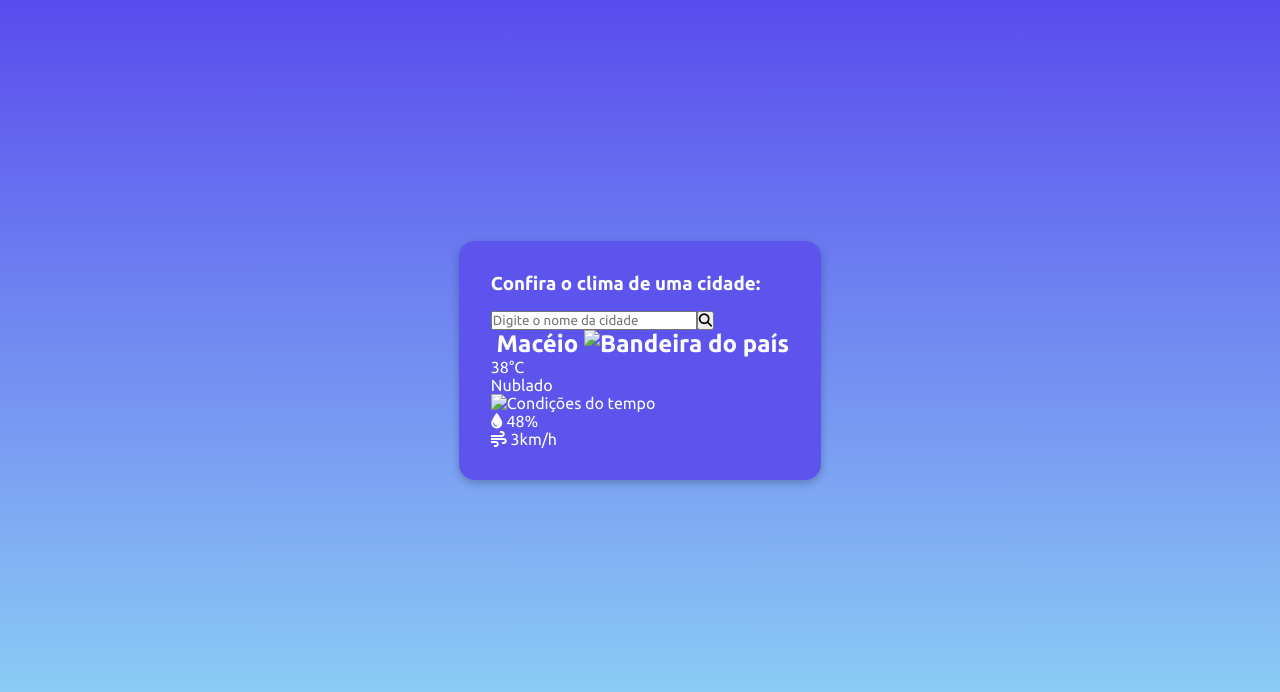
Repository: willamesalmeida/Clima
Page: index.html
An editor plug-in stored every save of this project. The page is shown before and after the next save, followed by the edit.
The browser window is 1280 px wide. The pictures show the whole page.

Above is the page before, as saved 2022-09-19 16:17:16.

After the next save:
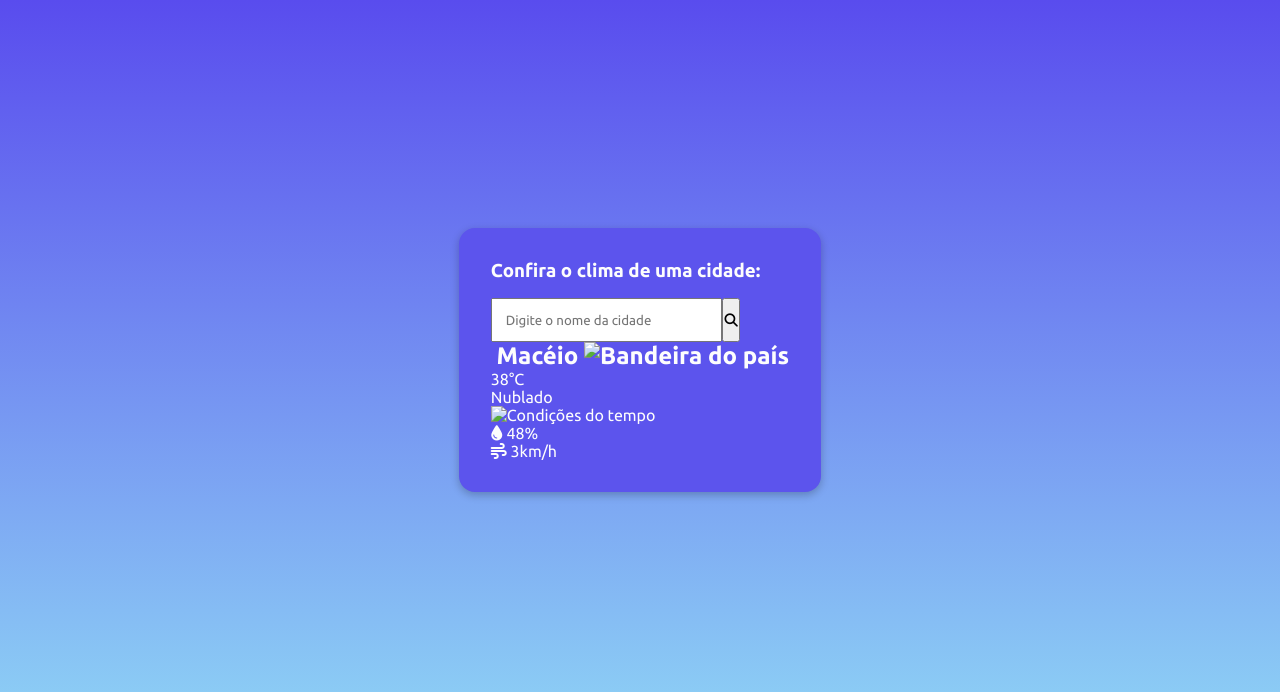
Saved 18 s later.
--- a/css/styles.css
+++ b/css/styles.css
@@ -30,3 +30,6 @@ body{
 .form-input-container{
     display: flex;
 }
+.form input{
+    padding: .8rem;
+}
